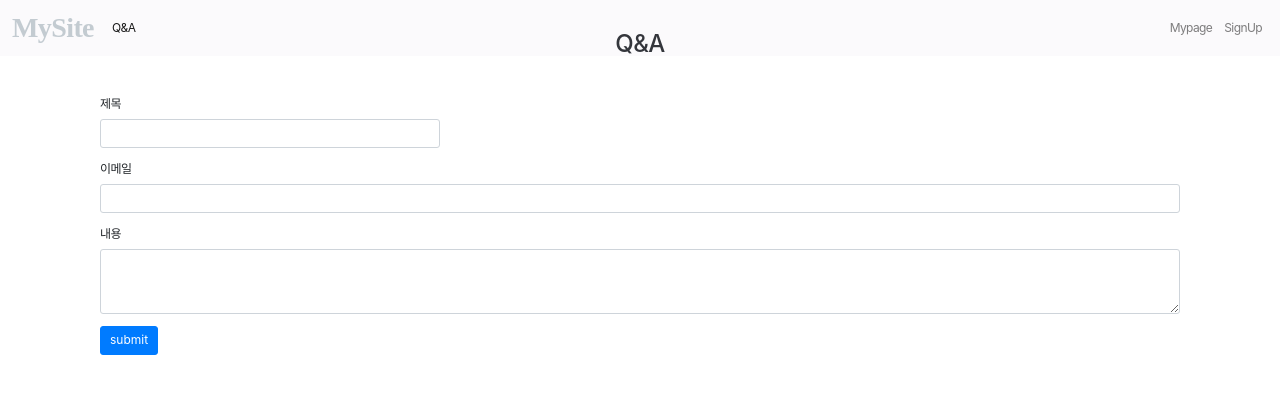
Repository: JungSWon/Project
Page: http://localhost/qna
The author's editor kept a record of every edit. The page is drawn from the files as they stood at one moment, then again after the next edit.
The browser window is 1280 px wide. The pictures show the whole page.
Some web fonts or font styles are not loaded; a fallback is used. The page is served by the project's application, run on Django 2.2 (pj05/manage.py).

Above is the page before.

After the next edit:
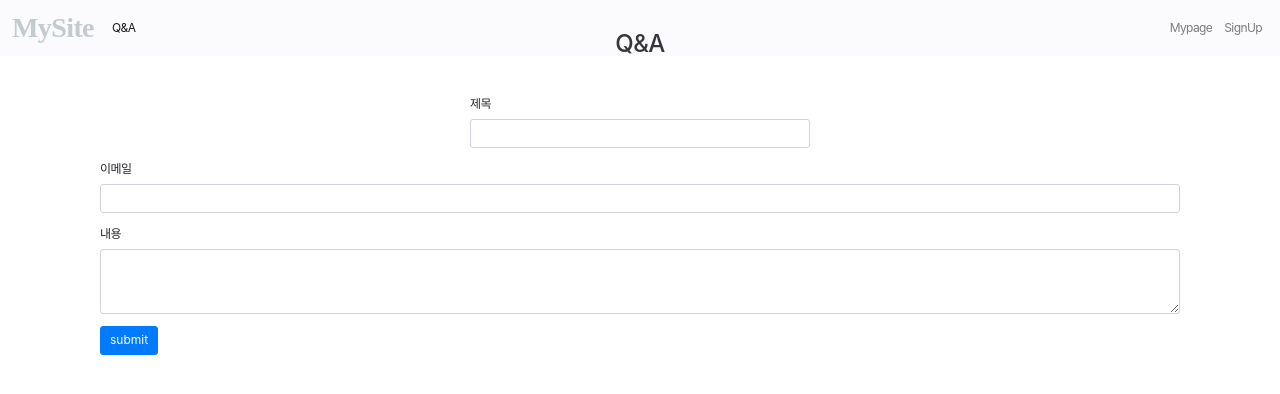
The edit:
--- a/05_detail/pj05/detail/templates/qna.html
+++ b/05_detail/pj05/detail/templates/qna.html
@@ -14,7 +14,7 @@
 
     <form>
         <div class='container'>
-            <div class= 'row'>
+            <div class= 'row justify-content-center'>
                 <div class="col-lg-4  col-md-12 form-group">
                   <label for="exampleFormControlInput1">제목</label>
                   <input type="email" class="form-control" id="exampleFormControlInput1" >
